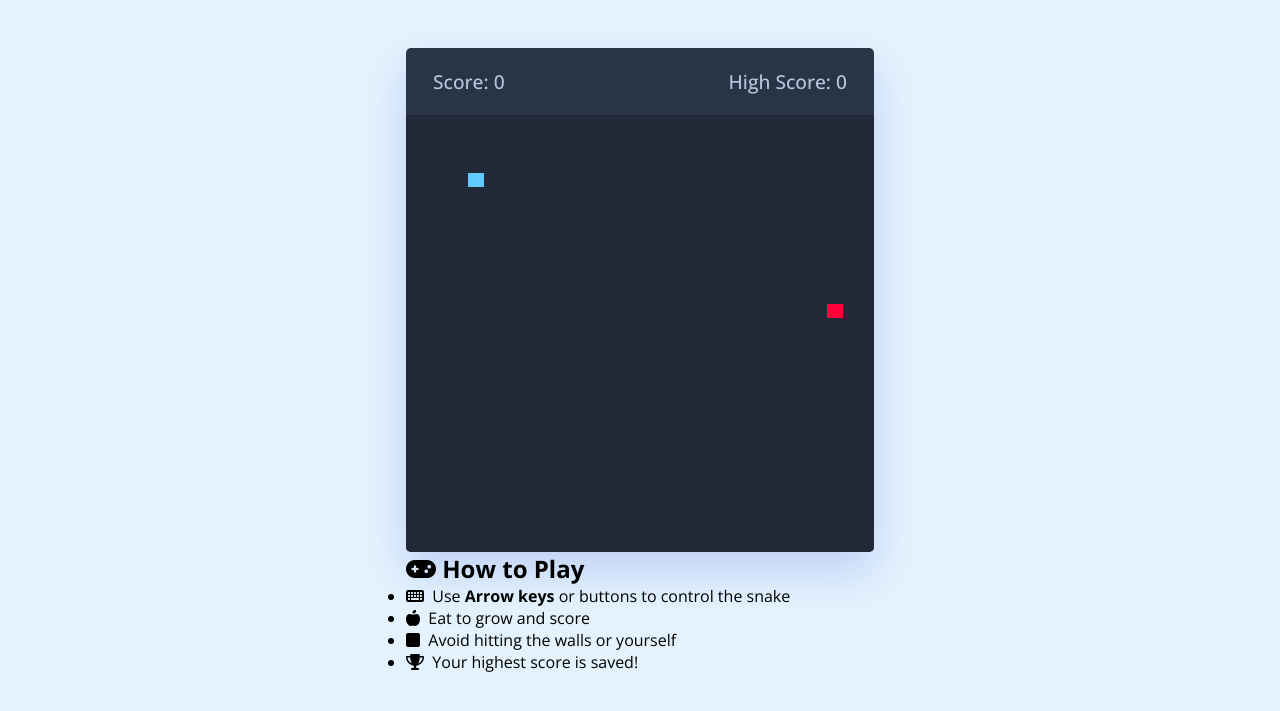
Repository: BinaryVortex/Snake-Game-React
Page: /
An editor plug-in stored every save of this project. The page is shown before and after the next save, followed by the edit.
The browser window is 1280 px wide. The pictures show the whole page.
The project was rebuilt for these pictures with package versions that can differ from the ones it lists, and the page was loaded fresh each time.

Above is the page before, as saved 2025-08-12 09:17:11.

After the next save:
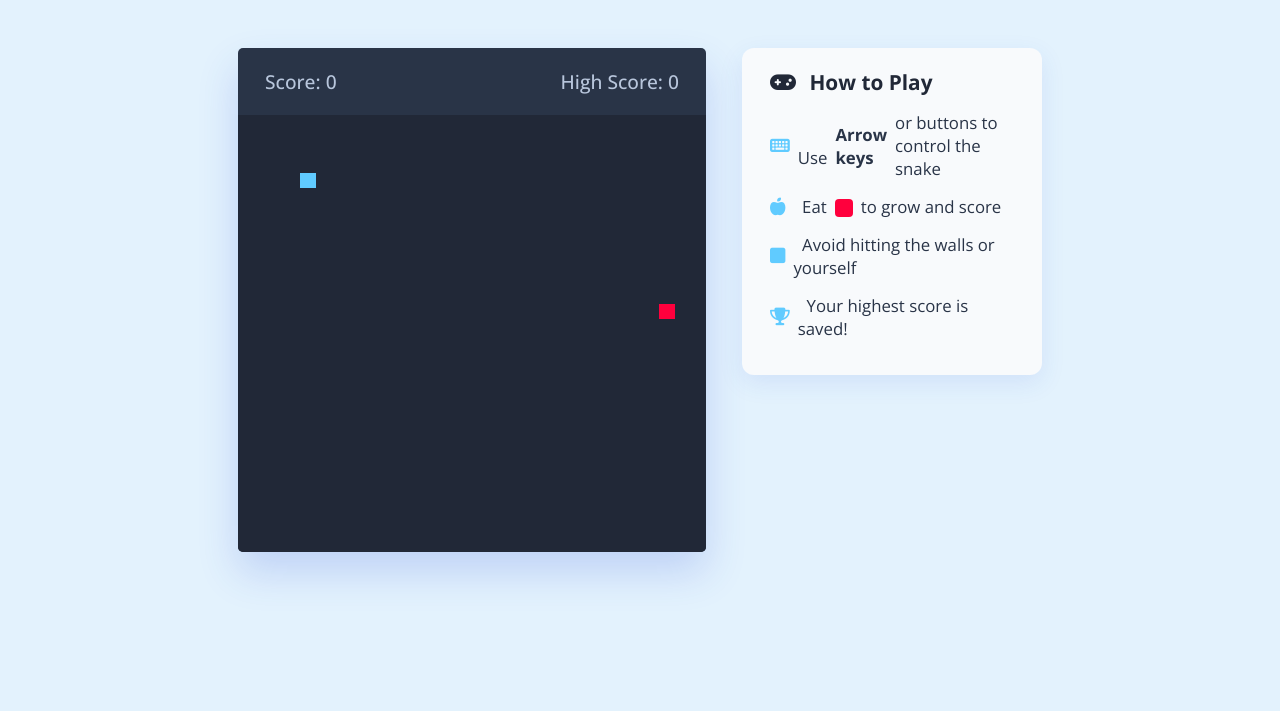
Saved 9 s later.
--- a/src/SnakeGame.sass
+++ b/src/SnakeGame.sass
@@ -7,26 +7,15 @@
   font-family: 'Open Sans', sans-serif
 
 body
+  background: #e3f2fd
+  min-height: 100vh
+
+.snake-layout
   display: flex
-  align-items: center
+  align-items: flex-start
   justify-content: center
-  min-height: 100vh
-  background: #e3f2fd
-
-.how-to-play
-  max-width: 65vmin
-  margin: 24px auto 0 auto
-  background: #f8fafc
-  border-radius: 5px
-  padding: 12px 20px
-  box-shadow: 0 8px 24px rgba(52, 87, 220, 0.06)
-  color: #293447
-  text-align: center
-  h2
-    font-size: 1.2rem
-    margin-bottom: 6px
-  p
-    font-size: 1rem
+  gap: 36px
+  padding-top: 48px
 
 .wrapper
   width: 65vmin
@@ -70,6 +59,56 @@ body
     cursor: pointer
     border-right: 1px solid #171b26
 
+.how-to-play-card
+  min-width: 270px
+  max-width: 300px
+  background: #f8fafc
+  border-radius: 12px
+  box-shadow: 0 8px 24px rgba(52, 87, 220, 0.10)
+  color: #293447
+  text-align: left
+  padding: 20px 28px
+  margin-top: 0
+  h2
+    font-size: 1.3rem
+    margin-bottom: 10px
+    font-weight: 700
+    color: #212837
+    display: flex
+    align-items: center
+    gap: 8px
+  ul
+    list-style: none
+    padding: 0
+    margin: 0
+    li
+      font-size: 1.05rem
+      margin: 15px 0
+      display: flex
+      align-items: center
+      gap: 8px
+      i
+        color: #60cbff
+        font-size: 1.1rem
+      .food-icon
+        display: inline-block
+        width: 18px
+        height: 18px
+        border-radius: 4px
+        background: #ff003d
+        vertical-align: middle
+        margin-bottom: -2px
+
+@media screen and (max-width: 900px)
+  .snake-layout
+    flex-direction: column
+    align-items: center
+    gap: 24px
+    padding-top: 24px
+  .how-to-play-card
+    max-width: 90vw
+    margin: 0 auto 24px auto
+
 @media screen and (max-width: 800px)
   .wrapper
     width: 90vmin
@@ -84,8 +123,3 @@ body
     i
       padding: 15px 0
       font-size: 1rem
-
-  .how-to-play
-    max-width: 90vmin
-    font-size: 0.95rem
-    padding: 10px 10px
